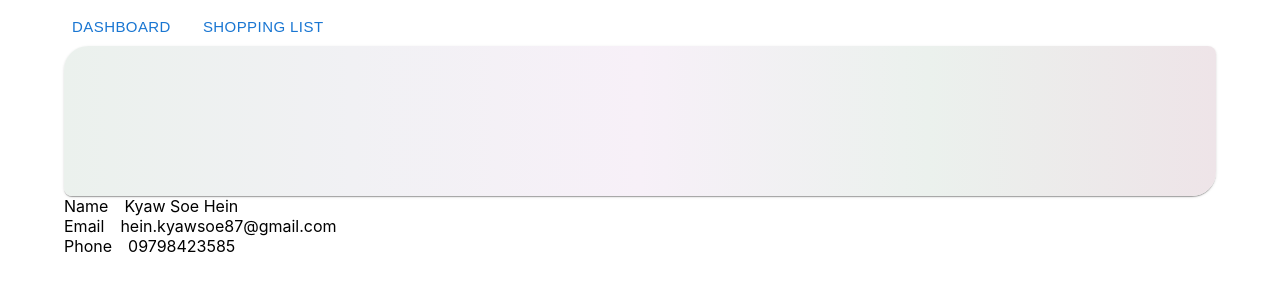
Repository: KyawSoeHein/GoogleAuthReact
Page: /
An editor plug-in stored every save of this project. The page is shown before and after the next save, followed by the edit.
The browser window is 1280 px wide. The pictures show the whole page.
The project was rebuilt for these pictures with package versions that can differ from the ones it lists, and the page was loaded fresh each time. Also part of the build but not shown: src/App.css.

Above is the page before, as saved 2022-02-14 19:31:07.

After the next save:
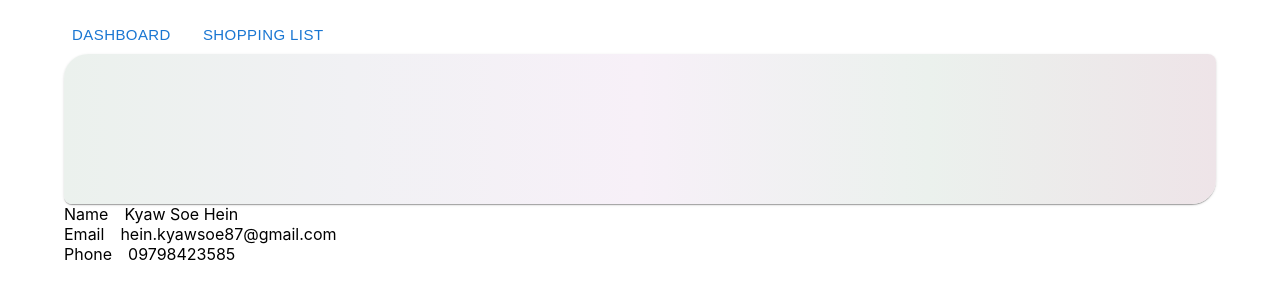
Saved 6 s later.
--- a/src/View/Dashboard.tsx
+++ b/src/View/Dashboard.tsx
@@ -7,7 +7,7 @@ const Dashboard = () => {
   return (
     <Grid>
       <Container>
-        <div style={{ marginTop: 8 }}></div>
+        <div style={{ marginTop: 16 }}></div>
         <MenuSelection />
 
         <CoverAndProfilePhoto />
